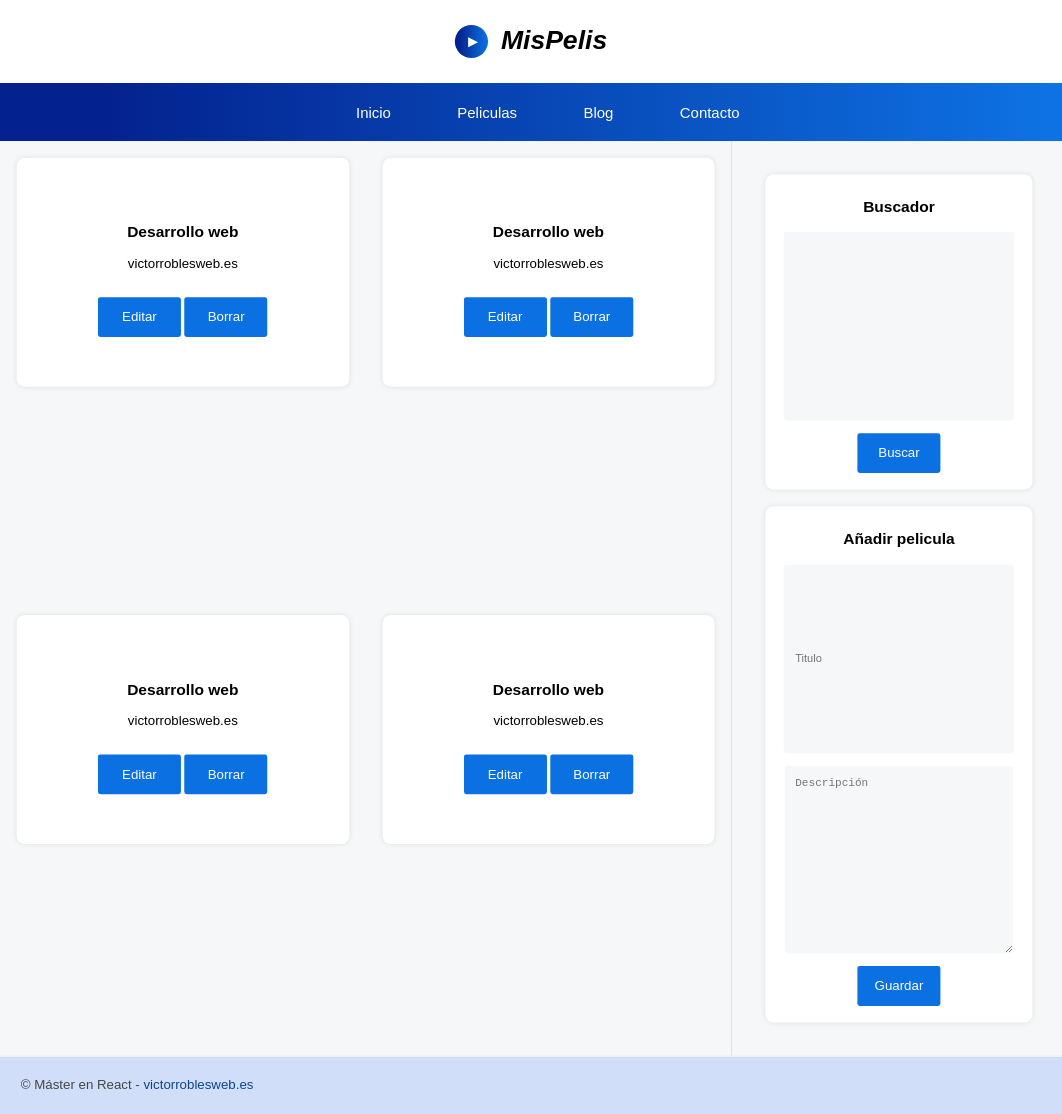
Repository: DamianBermudez94/proyecto-peliculas
Page: index.html
An editor plug-in stored every save of this project. The page is shown before and after the next save, followed by the edit.
The browser window is 1280 px wide. The pictures show the whole page, at 83% of full size.

Above is the page before, as saved 2023-04-19 23:08:38.
Not found: js/main.js

### index.html
<!DOCTYPE html>
<html lang="es">
<head>
    <meta charset="UTF-8">
    <meta http-equiv="X-UA-Compatible" content="IE=edge">
    <meta name="viewport" content="width=device-width, initial-scale=1.0">
    <link rel="stylesheet" href="styles/style.css" />
    <script src="js/main.js" type="module" defer></script>
    <title>Proyecto con Víctor Robles WEB</title>
</head>
<body>

    <div class="layout">
        <!--Cabecera-->
        <header class="header">
            <div class="logo">
                <div class="play"></div>
            </div>

            <h1>MisPelis</h1>
        </header>

        <!--Barra de navegación-->
        <nav class="nav">
            <ul>
                <li><a href="#">Inicio</a></li>
                <li><a href="#">Peliculas</a></li>
                <li><a href="#">Blog</a></li>
                <li><a href="#">Contacto</a></li>
            </ul>
        </nav>

        <!--Contenido principal-->
        <section id="content" class="content">

            <!--aqui van las peliculas-->
            <article class="peli-item">
                <h3 class="title">Desarrollo web</h3>
                <p class="description">victorroblesweb.es</p>

                <button class="edit">Editar</button>
                <button class="delete">Borrar</button>
            </article>

            <article class="peli-item">
                <h3 class="title">Desarrollo web</h3>
                <p class="description">victorroblesweb.es</p>

                <button class="edit">Editar</button>
                <button class="delete">Borrar</button>
            </article>

            <article class="peli-item">
                <h3 class="title">Desarrollo web</h3>
                <p class="description">victorroblesweb.es</p>

                <button class="edit">Editar</button>
                <button class="delete">Borrar</button>
            </article>

            <article class="peli-item">
                <h3 class="title">Desarrollo web</h3>
                <p class="description">victorroblesweb.es</p>

                <button class="edit">Editar</button>
                <button class="delete">Borrar</button>
            </article>

        </section>

        <!--Barra lateral-->
        <aside class="lateral">
            <div class="search">
                <h3 class="title">Buscador</h3>
                <form>
                    <input type="text" id="search_field" />
                    <button id="search">Buscar</button>
                </form>
            </div>

            <div class="add">
                <h3 class="title">Añadir pelicula</h3>
                <form>
                    <input type="text" id="title" placeholder="Titulo" />
                    <textarea id="description" placeholder="Descripción"></textarea>
                    <input type="submit" id="save" value="Guardar" />
                </form>
            </div>
        </aside>

        <!--Pie de página-->
        <footer class="footer">
            &copy; Máster en React - <a href="https://victorroblesweb.es">victorroblesweb.es</a>
        </footer>

    </div>


</body>
</html>

### styles/style.css
/*ESTILOS GENERALES*/

body{
    background: #d1defa;
    font-family: sans-serif, Arial, Helvetica;
    text-align: center;
    padding: 0px;
    margin: 0px;
    box-sizing: border-box;
}

.layout{
    width: 100%;
    height: auto;
    display: grid;
    grid-template-areas:
        "header header header header"
        "nav nav nav nav"
        "content content content lateral"
        "footer footer footer footer"
    ;
    grid-template-rows: 100px 70px auto 70px;
}

/*ESTILOS CABECERA*/

.header{
    grid-area: header;

    background: white;
    text-align: left;
    font-style: italic;

    display: flex;
    justify-content: center;
}

.logo{
    background: linear-gradient(90deg, #03228f 10%, #0e73e4 100%);
    width: 40px;
    height: 40px;
    border-radius: 300px;
    margin-top: 30px;
}

.play{
    width: 0;
    height: 0;
    margin-top: 15px;
    margin-left: 16px;
    border-left: 12px solid white;
    border-top: 6px solid transparent;
    border-bottom: 6px solid transparent;
}

.header h1{
    margin-left: 15px;
    margin-top: 30px;
}

/*ESTILOS DE LA BARRA DE NAVEGACIÓN*/

.nav{
    grid-area: nav;
    background: linear-gradient(90deg, #03228f 10%, #0e73e4 100%);
}

.nav > ul {
    display: flex;
    justify-content: center;
    align-items: center;
    list-style: none;
}

.nav li{
    padding: 10px;
}

.nav a {
    display: block;
    margin-left: 30px;
    margin-right: 30px;
    font-size: 18px;
    font-weight: lighter;
    color: white;
    text-decoration: none;
    transition: all 300ms;
}

.nav a:hover{
    transform: scale(1.1, 1.1);
}

/*ESTILOS PARA EL CONTENIDO PRINCIPAL*/

.content{
    grid-area: content;
    background: #f6f7f9;

    display: flex;
    flex-flow: row wrap;
    justify-content: flex-start;
    align-items: flex-start;
    flex-grow: 1;
}

.peli-item{
    flex-grow: 1;
    background: white;
    border-radius: 10px;
    box-shadow: 0px 0px 6px #ddd;
    margin: 20px;
    padding-top: 60px;
    padding-bottom: 60px;
    padding-left: 25px;
    padding-right: 25px;
}

button,
input[type="submit"],
input[type="button"]{
    width: 100px;
    background: #0b70e1;
    color: white;
    border: 0;
    outline: 0;
    padding:15px;
    border-radius: 3px;
    margin-top:15px;
    text-transform: capitalize;
    font-size: 16px;
    font-weight: 500;
    cursor: pointer;
    transition: all 300ms;
}

.peli-item .edit:hover{
    background: #e77b00;
}

.peli-item .delete:hover{
    background: #9b0202;
}

/*ESTILOS BARRA LATERAL*/

.lateral{
    grid-area: lateral;
    background: #f6f7f9;
    border-left: 1px solid #ddd;
    padding: 20px;
}

.lateral > div{
    box-sizing: border-box;
    width: 90%;
    margin: 20px;
    padding: 20px;
    padding-top: 10px;
    background: white;
    border-radius: 10px;
    box-shadow: 0px 0px 6px #ddd;
}

.lateral input[type="text"],
.lateral input[type="text"],
.lateral textarea,
.edit_form input[type="text"],
.edit_form input[type="text"],
.edit_form textarea
{
    display: block;
    margin: 0 auto;
    margin-top: 15px;
    padding: 12px;
    border-radius: 5px;
    background: #f6f7f9;
    color: #454545;
    width: 80%;
    max-width: 250px;
    min-width: 250px;
    min-height: 200px;
    max-height: 250px;
    opacity: 4;
    outline: 0;
    border-color: transparent;
}

.edit_form{
    border-top: 1px solid #ddd;
    margin-top: 10px;
}

/*ESTILOS PARA EL PIE DE PÁGINA*/
.footer{
    grid-area: footer;

    background: #d1defa;
    color: #454545;
    border-top: 1px solid white;
    text-align: left;
    line-height: 68px;
    padding-left: 25px;
}

.footer a{
    color: #0b468a;
    text-decoration: none;
}

@media (max-width: 1085px){
    .content {
        flex-flow: column wrap;
        justify-content: center;
        align-items: center;
    }

    .peli-item{
        width: 80%;
    }
}

After the next save:
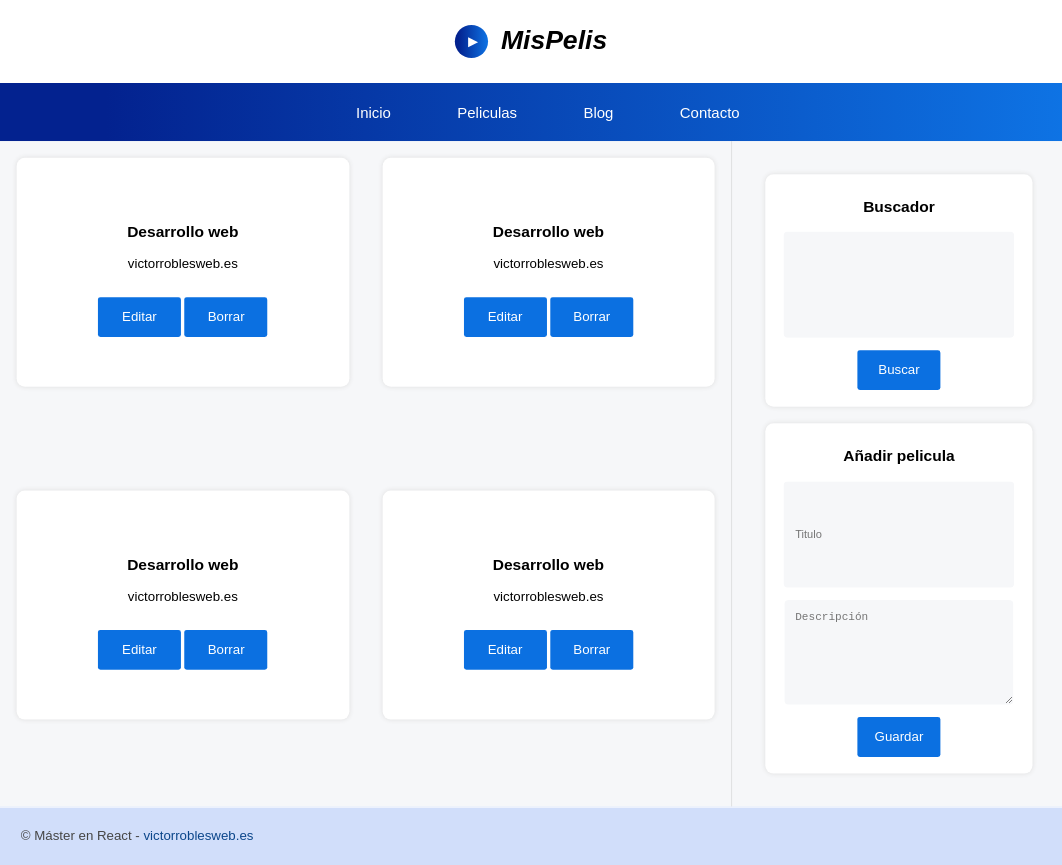
Saved 7 s later.
--- a/styles/style.css
+++ b/styles/style.css
@@ -179,7 +179,7 @@ input[type="button"]{
     width: 80%;
     max-width: 250px;
     min-width: 250px;
-    min-height: 200px;
+    min-height: 100px;
     max-height: 250px;
     opacity: 4;
     outline: 0;
